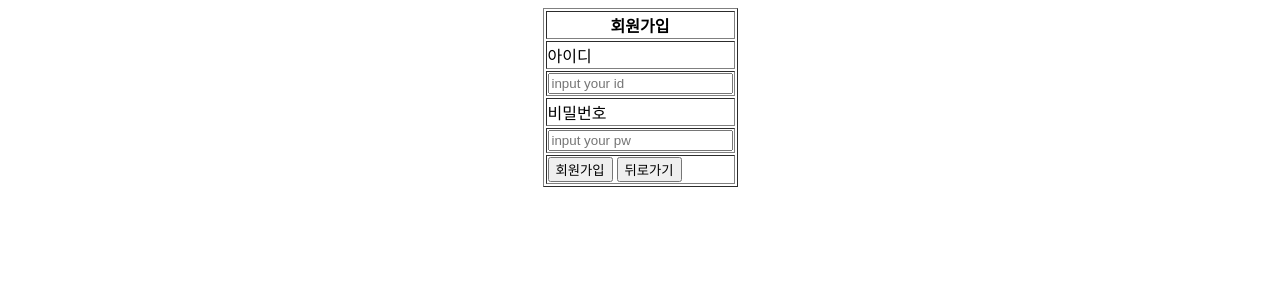
Repository: kdh3543/kh_SpringFramework
Page: http://localhost/Spring_04_Board/member/join
The author's editor kept a copy of each file at every save. The page is drawn from the files as they stood at one save, then again after the next save.
The browser window is 1280 px wide. The pictures show the whole page.
The page is served by Tomcat 9. Other server files are loaded and not shown.

Above is the page before, as saved 2021-12-29 01:13:39.

### Spring_04_Board/src/main/webapp/WEB-INF/views/member/join.jsp
<%@ page language="java" contentType="text/html; charset=UTF-8"
	pageEncoding="UTF-8"%>
<%@ taglib prefix="c" uri="http://java.sun.com/jsp/jstl/core"%>
<!DOCTYPE html>
<html>
<head>
<meta charset="UTF-8">
<title>join</title>
<script src="https://code.jquery.com/jquery-3.6.0.js"></script>
</head>
<body>
	<form action="/" method=post>
		<table border=1 align=center>
			<tr>
				<th>회원가입
			</tr>
			<tr>
				<td>아이디
			</tr>
			<tr>
				<td><input type=text placeholder="input your id" name=id>
			</tr>
			<tr>
				<td>비밀번호
			</tr>
			<tr align=center>
				<td><input type=password placeholder="input your pw" name=id>
			</tr>
			<tr>
				<td>
					<button>회원가입</button> <a href="/"><button type=button>뒤로가기</button></a>
			</tr>
		</table>
	</form>
</body>
</html>

After the next save:
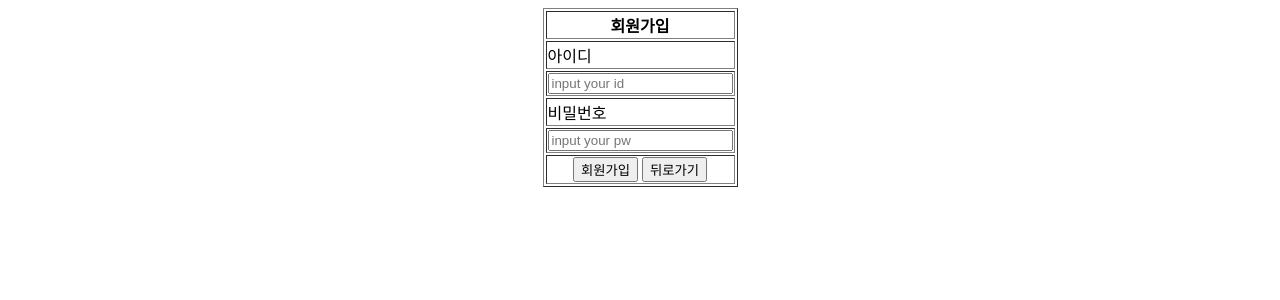
Saved 7 s later.
--- a/Spring_04_Board/src/main/webapp/WEB-INF/views/member/join.jsp
+++ b/Spring_04_Board/src/main/webapp/WEB-INF/views/member/join.jsp
@@ -23,11 +23,11 @@
 			<tr>
 				<td>비밀번호
 			</tr>
-			<tr align=center>
+			<tr>
 				<td><input type=password placeholder="input your pw" name=id>
 			</tr>
 			<tr>
-				<td>
+				<td align=center>
 					<button>회원가입</button> <a href="/"><button type=button>뒤로가기</button></a>
 			</tr>
 		</table>
